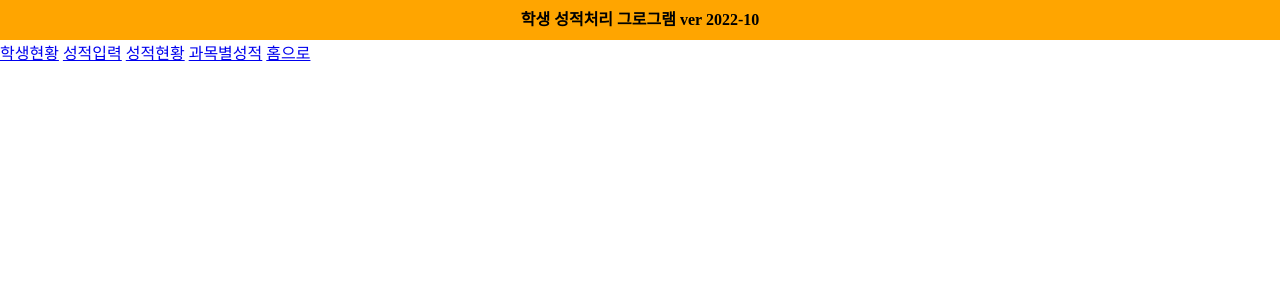
Repository: GotChun/license_practice
Page: http://localhost/HRD_0525/
An editor plug-in stored every save of this project. The page is shown before and after the next save, followed by the edit.
The browser window is 1280 px wide. The pictures show the whole page.
The page is served by Tomcat 9.

Above is the page before, as saved 2025-02-22 07:25:29.

After the next save:
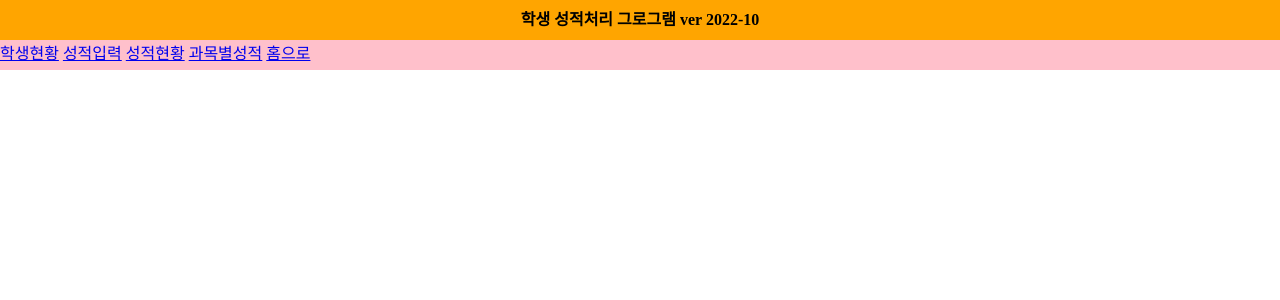
Saved 13 s later.
--- a/HRD_0525/src/main/webapp/index.jsp
+++ b/HRD_0525/src/main/webapp/index.jsp
@@ -13,7 +13,7 @@
 		<b>학생 성적처리 그로그램 ver 2022-10</b>
 	</header>
 
-	<nav style="position:fixed; top:40px; left:0px; width:100%; height:30px;">
+	<nav style="position:fixed; top:40px; left:0px; width:100%; height:30px; line-heignt:30px; background-color: pink;">
 		<a href="slist.jsp">학생현황</a>
 		<a href="insert.jsp">성적입력</a>
 		<a href="jumlist.jsp">성적현황</a>
